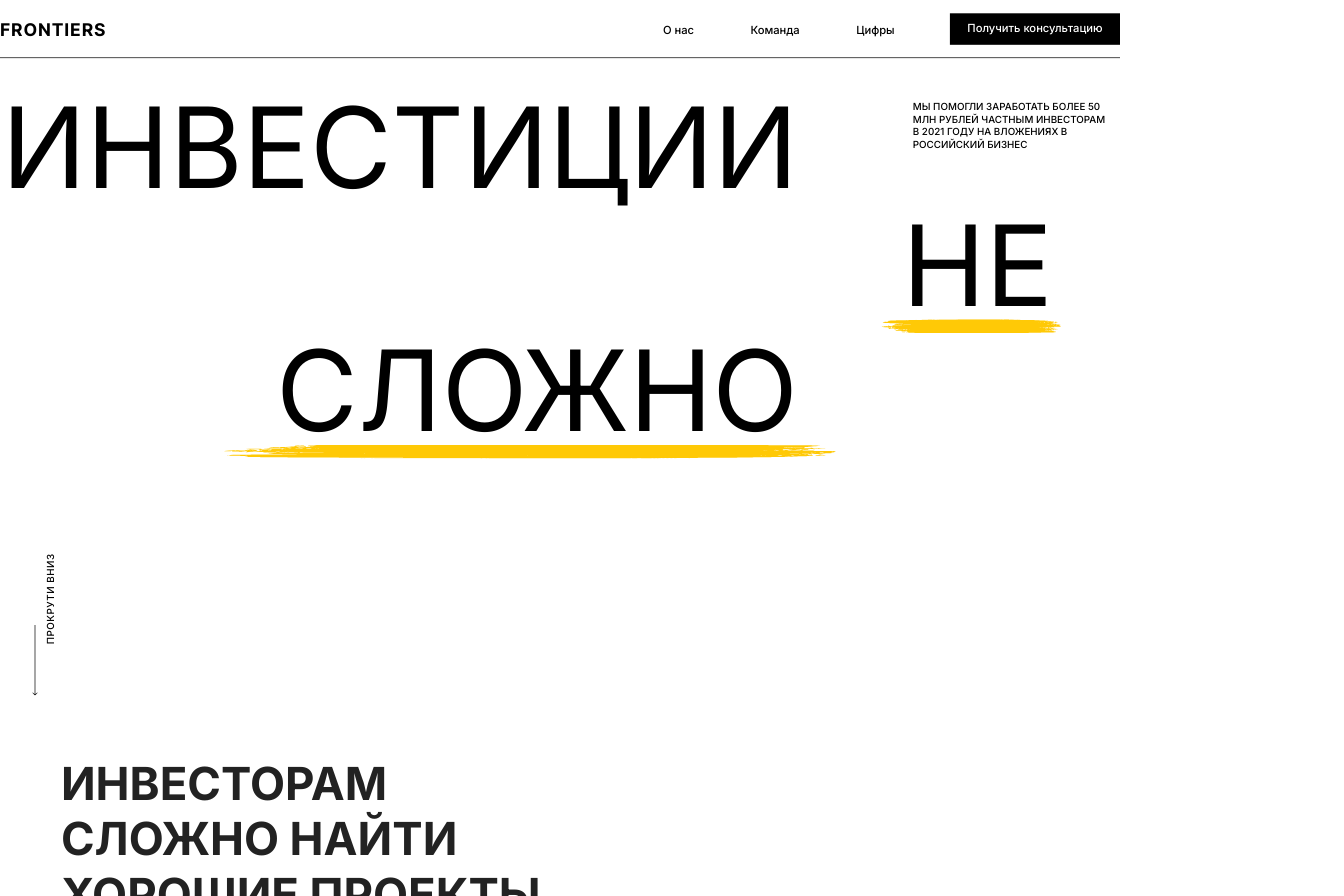
Repository: NadyaKorvin/frontiers
Page: /
These files come from the project's save history. The page is drawn as it stood at one moment and after the next save; the edit follows.
The browser window is 1280 px wide. The page is 1920 px wide, so the pictures cover 1920 px, including what lies to the right of the window. The pictures show the part of the page from y = 0 to 1280 px (the page is 2633 px tall), at 70% of full size.
The project was rebuilt for these pictures with package versions that can differ from the ones it lists, and the page was loaded fresh each time.

Above is the page before, as saved 2022-05-26 17:48:15.

### public/index.html
<!DOCTYPE html>
<html lang="en">
  <head>
    <meta charset="utf-8" />
    <link rel="icon" href="%PUBLIC_URL%/favicon.ico" />
    <meta name="viewport" content="width=device-width, initial-scale=1" />
    <meta name="theme-color" content="#000000" />
    <meta name="description" content="Web site created using create-react-app" />
    <link rel="apple-touch-icon" href="%PUBLIC_URL%/logo192.png" />
    <link rel="manifest" href="%PUBLIC_URL%/manifest.json" />
    <link rel="preconnect" href="https://fonts.googleapis.com" />
    <link rel="preconnect" href="https://fonts.gstatic.com" crossorigin />
    <link href="https://fonts.googleapis.com/css2?family=Inter:wght@300;400;500;700&display=swap" rel="stylesheet" />
    <title>FRONTIERS</title>
  </head>
  <body>
    <noscript>You need to enable JavaScript to run this app.</noscript>
    <div id="root"></div>
  </body>
</html>

### src/index.js
import React from "react"
import ReactDOM from "react-dom/client"

import App from "./App"

const root = ReactDOM.createRoot(document.getElementById("root"))
root.render(
  <React.StrictMode>
    <App />
  </React.StrictMode>
)

### src/App.js
import { useState } from "react";
import "./App.css";
import { SecondScreenAnimation } from "./components/secondScreen/SecondScreenAnimation";
import FirstScreen from "./components/firstScreen/FirstScreen";
import LastScreen from "./components/lastScreen/LastScreen";

function App() {
  const [mousePosition, setMousePosition] = useState("");

  const listenUpperMousePosition = (event) => {
    console.log(event);
    console.log(event.target);
    setMousePosition(event.target);
  };

  return (
    <>
      <FirstScreen />
      <div className="App">
        <SecondScreenAnimation listenMousePosition={listenUpperMousePosition} />
      </div>
      <LastScreen />
    </>
  );
}
export default App;

### src/App.css
@import url("./reset.css");
@import url("./components/secondScreen/SecondScreen.css");
@import url("./font/font.css");
@import url("./components/firstScreen/FirstScreen.css");
@import url("./components/lastScreen/LastScreen.css");
@import url("./components/button/Button.css");
@import url("./components/form/Form.css");

body {
  font-family: "Inter";
}

### src/components/secondScreen/SecondScreenAnimation.js
export function SecondScreenAnimation({ listenMousePosition, mousePosition }) {
  let goUp = ""
  const goUpBlackLines = (mousePosition) => {
    if (mousePosition === "animation__text_first_part") {
      goUp = "up"
      return goUp
    }
  }
  goUpBlackLines(mousePosition)
  console.log(goUp)
  return (
    <div className="animation__text_block">
      {goUp != "up" ? (
        <div>
          <div className="animation__text" onMouseOver={listenMousePosition}>
            <p className="animation__text_first_part">Инвесторам сложно найти хорошие проекты,</p>
            <p className="animation__text_second_part">а хорошим проектам — инвестиции.</p>
          </div>
          <div className="animation__black_lines">
            <div className="animation__1th_black_line"></div>
            <div className="animation__2th_black_line"></div>
            <div className="animation__3th_black_line"></div>
          </div>
        </div>
      ) : (
        <div>
          <div className="animation__text" onMouseOver={listenMousePosition}>
            <p className="animation__text_first_part" style={{ color: "#fff" }}>
              Инвесторам сложно найти хорошие проекты,
            </p>
            <p className="animation__text_second_part" style={{ color: "#000" }}>
              а хорошим проектам — инвестиции.
            </p>
          </div>
          <div className="animation__black_lines">
            <div className="animation__1th_black_line" style={{ width: "484px", marginTop: "-475px" }}></div>
            <div className="animation__2th_black_line" style={{ width: "586px" }}></div>
            <div className="animation__3th_black_line" style={{ width: "722px" }}></div>
          </div>
        </div>
      )}
    </div>
  )
}

### src/components/lastScreen/LastScreen.js
import React from "react";
import Form from "../form/Form"
import LogoKojo from "./LogoKojo"

export default function LastScreen() {
  return (
    <>
      <section className="lastscreen">
        <div className="lastscreen__wrapper">
          <div className="lastscreen__left_content">
            <p>
              ОТПРАВЬТЕ НАМ ЗАЯВКУ НА КОНСУЛЬТАЦИЮ И МЫ ПОДБЕРЕМ ДЛЯ ВАС
              НАИБОЛЕЕ ПОДХОДЯЩУЮ СТРАТЕГИЮ
            </p>
          </div>
          <div className="lastscreen__right_content">
            <div className="lastscreen__text_form">
              <p>ЗАПОЛНИТЕ ФОРМУ И МЫ С ВАМИ СВЯЖЕМСЯ В БЛИЖАЙШЕЕ ВРЕМЯ</p>
            </div>
            <Form />
          </div>
        </div>
        <footer className="lastscreen__footer">
          <div className="lastscreen__contact">
            <p>КОНТАКТЫ</p>
            <p>Санкт-Петербург, Невский пр-кт, 71 (5 этаж)</p>
            <p>+7 000 987 6543</p>
            <p><a href="mailto:info@frontiers.ru" >info@frontiers.ru</a></p>
          </div>
          <div className="lastscreen__design">
            <p>Дизайн и разработка</p>
            <LogoKojo />
          </div>
          <div className="lastscreen__frontiers">
            <p>FRONTIERS</p>
            <p>Политика конфиденциальности</p>
            <p>© 2022 Frontiers Group</p>
          </div>
        </footer>
      </section>
    </>
  );
}

### src/reset.css
html,
body,
div,
span,
applet,
object,
iframe,
h1,
h2,
h3,
h4,
h5,
h6,
p,
blockquote,
pre,
a,
abbr,
acronym,
address,
big,
cite,
code,
del,
dfn,
em,
img,
ins,
kbd,
q,
s,
samp,
small,
strike,
strong,
sub,
sup,
tt,
var,
b,
u,
i,
center,
dl,
dt,
dd,
ol,
ul,
li,
fieldset,
form,
label,
legend,
table,
caption,
tbody,
tfoot,
thead,
tr,
th,
td,
article,
aside,
canvas,
details,
embed,
figure,
figcaption,
footer,
header,
hgroup,
menu,
nav,
output,
ruby,
section,
summary,
time,
mark,
audio,
video {
  margin: 0;
  padding: 0;
  border: 0;
  font-size: 100%;
  font: inherit;
  vertical-align: baseline;
}

:focus {
  outline: 0;
}

article,
aside,
details,
figcaption,
figure,
footer,
header,
hgroup,
menu,
nav,
section {
  display: block;
}

body {
  line-height: 1;
}

ol,
ul {
  list-style: none;
}

blockquote,
q {
  quotes: none;
}

blockquote:before,
blockquote:after,
q:before,
q:after {
  content: "";
  content: none;
}

table {
  border-collapse: collapse;
  border-spacing: 0;
}

input[type="search"]::-webkit-search-cancel-button,
input[type="search"]::-webkit-search-decoration,
input[type="search"]::-webkit-search-results-button,
input[type="search"]::-webkit-search-results-decoration {
  -webkit-appearance: none;
  -moz-appearance: none;
}

input[type="search"] {
  -webkit-appearance: none;
  -moz-appearance: none;
  -webkit-box-sizing: content-box;
  -moz-box-sizing: content-box;
  box-sizing: content-box;
}

textarea {
  overflow: auto;
  vertical-align: top;
  resize: vertical;
}

[hidden] {
  display: none;
}

html {
  font-size: 100%; /* 1 */
  -webkit-text-size-adjust: 100%; /* 2 */
  -ms-text-size-adjust: 100%; /* 2 */
}

a:focus {
  outline: thin dotted;
}

a:active,
a:hover {
  outline: 0;
}

img {
  border: 0;
  -ms-interpolation-mode: bicubic;
}

figure {
  margin: 0;
}

form {
  margin: 0;
}

fieldset {
  border: 1px solid #c0c0c0;
  margin: 0 2px;
  padding: 0.35em 0.625em 0.75em;
}

legend {
  border: 0; /* 1 */
  padding: 0;
  white-space: normal; /* 2 */
  *margin-left: -7px; /* 3 */
}

button,
input,
select,
textarea {
  font-size: 100%; /* 1 */
  margin: 0; /* 2 */
  vertical-align: baseline; /* 3 */
  *vertical-align: middle; /* 3 */
}

button,
input {
  line-height: normal;
}

button,
select {
  text-transform: none;
}

button,
html input[type="button"], /* 1 */
input[type="reset"],
input[type="submit"] {
  -webkit-appearance: button; /* 2 */
  cursor: pointer; /* 3 */
  *overflow: visible; /* 4 */
}

button[disabled],
html input[disabled] {
  cursor: default;
}

input[type="checkbox"],
input[type="radio"] {
  box-sizing: border-box; /* 1 */
  padding: 0; /* 2 */
  *height: 13px; /* 3 */
  *width: 13px; /* 3 */
}

input[type="search"] {
  -webkit-appearance: textfield; /* 1 */
  -moz-box-sizing: content-box;
  -webkit-box-sizing: content-box; /* 2 */
  box-sizing: content-box;
}

input[type="search"]::-webkit-search-cancel-button,
input[type="search"]::-webkit-search-decoration {
  -webkit-appearance: none;
}

button::-moz-focus-inner,
input::-moz-focus-inner {
  border: 0;
  padding: 0;
}

textarea {
  overflow: auto; /* 1 */
  vertical-align: top; /* 2 */
}

table {
  border-collapse: collapse;
  border-spacing: 0;
}

html,
button,
input,
select,
textarea {
  color: #222;
}

::-moz-selection {
  background: #b3d4fc;
  text-shadow: none;
}

::selection {
  background: #b3d4fc;
  text-shadow: none;
}

img {
  vertical-align: middle;
}

fieldset {
  border: 0;
  margin: 0;
  padding: 0;
}

textarea {
  resize: vertical;
}

.chromeframe {
  margin: 0.2em 0;
  background: #ccc;
  color: #000;
  padding: 0.2em 0;
}

### src/components/secondScreen/SecondScreen.css
.second__screen {
  display: flex;
  justify-content: space-between;
  margin: 0 auto;
  margin-top: 174px;
  /* придкмать решение сделать по центру*/
  display: flex;
  width: 1600px;
  height: 733px;
}

.animation__text_block {
  display: block;
  margin-left: 87px;
}

.animation__text_first_part,
.animation__text_second_part {
  width: 770px;
  text-transform: uppercase;
  font-size: 65px;
  font-weight: 700;
  line-height: 79px;
  transition: 0.6s ease-out;
}

.animation__text_second_part {
  color: #fff;
}

.animation__black_lines {
  margin-left: -10px;
  margin-top: -236px;
}

.animation__1th_black_line {
  margin-bottom: 5px;
  height: 75px;
  width: 444px;
  background-color: #000;
  transition: 0.6s ease-out;
}

.animation__2th_black_line {
  margin-bottom: 5px;
  height: 75px;
  width: 475px;
  background-color: #000;
  transition: 0.6s ease-out;
}
.animation__3th_black_line {
  height: 75px;
  width: 502px;
  background-color: #000;
  transition: 0.6s ease-out;
}

.right__part {
  display: flex;
  margin-left: 190px;
  flex-direction: column;
}

.conversation__image {
  margin-right: 222px;
  display: block;
  width: 400px;
  height: 400px;
  background: url("../secondScreen/people.png");
}

.decoration_marks {
  margin-top: -110px;
  transform: rotate(-180deg);
  font-size: 200px;
  font-weight: 300;
}

.text_paragraph {
  margin-left: 90px;
  width: 431px;
  font-size: 18px;
  font-weight: 400;
  line-height: 23px;
  text-transform: uppercase;
  line-height: 130%;
}

### src/font/font.css
@font-face {
  font-family: "Inter";
  src:
    url("./Inter-Bold.ttf") format("truetype")
    url("./Inter-Bold.woff2") format("woff2"),
    url("./Inter-Bold.woff") format("woff");
  font-weight: 700;
  font-style: normal;
  font-stretch: normal;
  unicode-range: U+0020-E0D0;
}

@font-face {
  font-family: "Inter";
  src:
    url("./Inter-Regular.woff2") format("woff2"),
    url("./Inter-Regular.ttf") format("truetype")
    url("./Inter-Regular.woff") format("woff");
  font-weight: 400;
  font-style: normal;
  font-stretch: normal;
  unicode-range: U+0020-E0D0;
}

@font-face {
    font-family:'Inter Medium';
    src:
        url("./Inter-Medium.ttf") format("truetype")
        url('Inter-Medium.woff2') format('woff2'),
		url('Inter-Medium.woff') format('woff');
    font-weight: 500;
    font-style: normal;
    font-stretch: normal;
    unicode-range: U+0020-E0D0;
}

@font-face {
    font-family:'Inter Light';
    src:
        url("./Inter-Light.ttf") format("truetype")
        url('Inter-Light.woff2') format('woff2'),
		url('Inter-Light.woff') format('woff');
    font-weight: 300;
    font-style: normal;
    font-stretch: normal;
    unicode-range: U+0020-E0D0;
}

### src/components/firstScreen/FirstScreen.css
.firstscreen {
  height: 1080px;
}

.firstscreen__header {
  width: 1600px;
  height: 82px;
  margin: 0 auto;
  border-bottom: 1px solid #000000;
  display: flex;
  justify-content: space-between;
}

.firstscreen__logotype {
  width: 151px;
  height: 30px;
  padding-top: 27px;
  font-family: "Inter";
  font-style: normal;
  font-weight: 700;
  font-size: 25px;
  line-height: 30px;
  letter-spacing: 0.05em;
  color: #000000;
}

.firstscreen__menu {
  width: 653px;
  display: flex;
  justify-content: space-between;
}

.firstscreen__nav {
  margin-top: 33px;
  width: 331px;
}

.firstscreen__nav_team {
  display: flex;
  justify-content: space-between;
  font-family: "Inter";
  font-style: normal;
  font-weight: 500;
  font-size: 16px;
  line-height: 19px;
  color: #000000;
}

.firstscreen__button {
  margin-top: 19px;
  width: 243px;
  height: 45px;
  background: #000000;
}

.firstscreen__text_btn {
  padding-top: 12px;
  padding-bottom: 12px;
  font-family: "Inter";
  font-style: normal;
  font-weight: 500;
  font-size: 16px;
  line-height: 19px;
  text-align: center;
  color: #ffffff;
}

.firstscreen__content {
  margin: 0 auto;
  width: 1600px;
  margin-top: 30px;
  display: flex;
}

.firstscreen__content_left_text {
  width: 1140px;
  height: 542px;
  display: flex;
  flex-direction: column;
  justify-content: space-between;
  text-align: end;
  font-family: "Inter";
  font-style: normal;
  font-weight: 400;
  font-size: 160px;
  line-height: 194px;
  text-transform: uppercase;
  color: #000000;
}

.firstscreen__content_vector_complex {
  margin-top: -20px;
  margin-left: 320px;
  width: 874px;
  height: 20px;
  background: url("./complex.svg");
}

.firstscreen__content_rihgt_text {
  margin-top: 30px;
  margin-left: 164px;
  width: 279px;
  height: 332px;
}

.firstscreen__content_rihgt_text_up {
  font-family: "Inter";
  font-style: normal;
  font-weight: 500;
  font-size: 14px;
  line-height: 130%;
  text-transform: uppercase;
  color: #000000;
}

.firstscreen__content_rihgt_text_down {
  margin-top: 66px;
  margin-left: -15px;
  width: 215px;
  height: 194px;
  font-family: "Inter";
  font-style: normal;
  font-weight: 400;
  font-size: 160px;
  line-height: 194px;
  text-transform: uppercase;
  color: #000000;
}

.firstscreen__content_vector_not {
  margin-top: -20px;
  margin-left: -30px;
  width: 256px;
  height: 20px;
  background: url(./not.svg);
}

.firstscreen__content_bottom_content {
  margin: 0 auto;
  margin-top: 60px;
  width: 1600px;
  display: flex;
  justify-content: space-between;
}

.firstscreen__content_bottom_content_left {
  display: flex;
}

.firstscreen__content_bottom_content_left_scrolldown {
  margin-left: 139px;
  font-family: "Inter";
  font-style: normal;
  font-weight: 500;
  font-size: 14px;
  line-height: 17px;
  letter-spacing: 0.05em;
  color: #000000;
  transform: rotate(-90deg);
}

.firstscreen__content_pointer {
  margin-top: 178px;
  margin-left: -223px;
}

.firstscreen__content_bottom_content_right {
  max-width: 1352px;
  max-height: 366px;
}

.firstscreen__img {
  max-width: 1352px;
  max-height: 366px;
  background: url(./image.webp);
}

### src/components/lastScreen/LastScreen.css
.lastscreen {
  width: 1920px;
  height: 1080px;
}

.lastscreen__wrapper {
  position: relative;
  top: 109px;
  left: 170px;
  display: flex;
  justify-content: space-between;
  width: 1590px;
  height: 553px;
}

.lastscreen__left_content {
  position: relative;
  width: 775px;
  height: 553px;
  box-sizing: border-box;
  font-family: "Inter";
  font-style: normal;
  font-weight: 700;
  font-size: 65px;
  line-height: 79px;
  text-transform: uppercase;
  color: #000000;
}

.lastscreen__right_content {
  position: relative;
  width: 529px;
  height: 553px;
}

.lastscreen__text_form {
  width: 529px;
  height: 46px;
  left: 1231px;
  top: 4438px;
  font-family: "Inter";
  font-style: normal;
  font-weight: 400;
  font-size: 18px;
  line-height: 130%;
  text-transform: uppercase;
  color: #000000;
}

.lastscreen__footer {
  position: relative;
  margin: 308px 160px 0;
  width: 1600px;
  border-top: 1px solid #000000;
  bottom: 0px;
  display: flex;
  justify-content: space-between;
}

.lastscreen__contact {
  width: 357px;
}

.lastscreen__contact > p:nth-child(1) {
  padding: 33px 0 20px;
  font-family: "Inter";
  font-style: normal;
  font-weight: 700;
  font-size: 25px;
  line-height: 30px;
  color: #000000;
}

.contact > p:nth-child(2),
.contact > p:nth-child(3),
.contact > p:nth-child(4) {
  padding-bottom: 15px;
}

.design {
  padding-top: 150px;
  width: 260px;
  display: flex;
  margin-left: -80px;
  justify-content: space-between;
}

.frontiers {
  width: 250px;
  text-align: end;
}

.lastscreen__frontiers > p:nth-child(1) {
    padding: 30px 0 57px;
    font-family: "Inter";
    font-style: normal;
    font-weight: 700;
    font-size: 25px;
    line-height: 30px;
    color: #000000;
  }

.lastscreen__frontiers > p:nth-child(2),
.lastscreen__frontiers > p:nth-child(3) {
    padding-bottom: 15px;
}

a {
    text-decoration: none;
    color: #000000;
}

### src/components/button/Button.css
.form__button {
  position: relative;
  display: block;
  width: 243px;
  height: 55px;
  font-family: "Inter";
  font-size: 16px;
  background-color: #000000;
  border: 0;
  text-align: center;
  cursor: pointer;
  font-family: "Inter";
  font-style: normal;
  font-weight: 500;
  font-size: 16px;
  line-height: 19px;
  color: #ffffff;
}

### src/components/form/Form.css
.form {
  margin-top: 60px;
  width: 529px;
  height: 355px;
  border-top: 1px solid #d1d1d1;
}

.form__input,
.form__textarea {
  width: 529px;
  height: 80px;
  border: 0;
  outline: none;
  font-size: 18px;
  color: #000000;
  text-transform: uppercase;
}

.form__textarea {
  height: 80px;
  line-height: 80px;
  overflow: hidden;
  /* resize: none; */
}

.form__borders {
  border-bottom: 1px solid #d1d1d1;
}

.form__consent {
  display: -webkit-box;
  display: -ms-flexbox;
  display: flex;
  margin: 30px 0 0;
}

.form__policy_text {
  margin-top: 15px;
  margin-left: 15px;
  width: 250px;
  height: 40px;
  box-sizing: border-box;
  font-family: "Inter";
  font-style: normal;
  font-weight: 400;
  font-size: 13px;
  line-height: 150%;
  color: #787878;
}

.form__checkbox {
  opacity: 0;
  width: 0;
}

.form__checkfake {
  margin: 15px 0;
  display: block;
  width: 15px;
  height: 15px;
  border: 1px solid #1f1f1f;
  cursor: pointer;
}

.form__checkfake::before {
  content: "";
  position: absolute;
  display: block;
  width: 14px;
  height: 14px;
  background: url("./checkmark.svg");
  opacity: 0;
}

.form__checkbox:checked + .form__checkfake::before {
  opacity: 1;
}

.form__focus {
  text-transform: uppercase;
  color: #ff0000;
  margin-bottom: 10px;
  font-size: 13px;
}

.form__focus_consent {
  position: relative;
  top: 10px;
  text-transform: uppercase;
  color: #ff0000;
  font-size: 13px;
}

.form__btn {
    margin-top: 14px;
  position: relative;
  overflow: hidden;
}

### src/components/button/Button.js
import React from "react";

export default function Button({ title }) {
  return (
    <>
      <button className="form__button" >
        {title}
      </button>
    </>
  );
}

Loaded but not shown: src/components/lastScreen/LogoKojo.js (76 lines, source omitted); src/components/form/Form.js (142 lines, source omitted); src/components/firstScreen/FirstScreen.js (73 lines, source omitted)

After the next save:
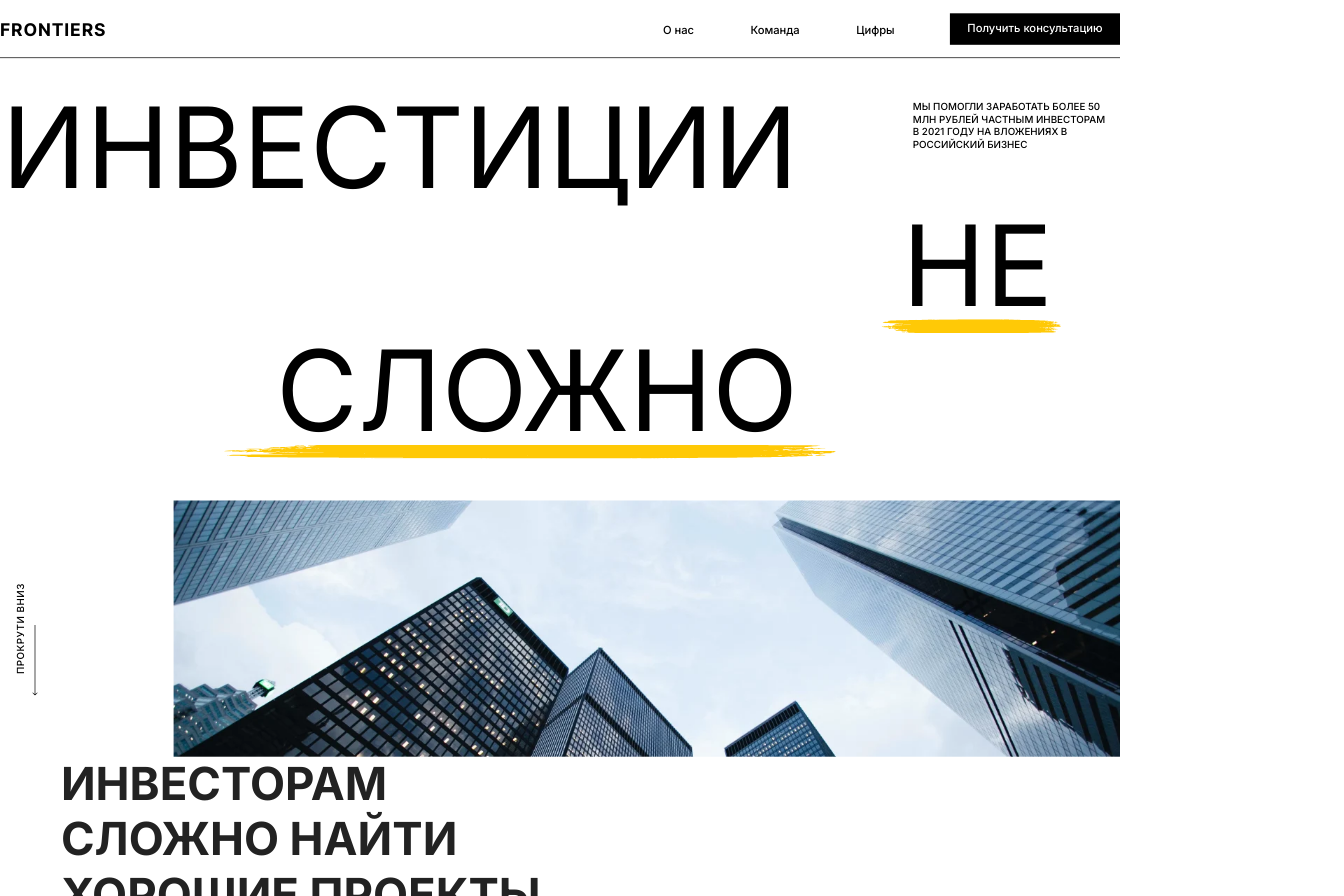
Saved 5 s later.
--- a/src/components/firstScreen/FirstScreen.css
+++ b/src/components/firstScreen/FirstScreen.css
@@ -170,7 +170,7 @@
 }
 
 .firstscreen__img {
-  max-width: 1352px;
-  max-height: 366px;
+  width: 1352px;
+  height: 366px;
   background: url(./image.webp);
 }

After the save that followed:
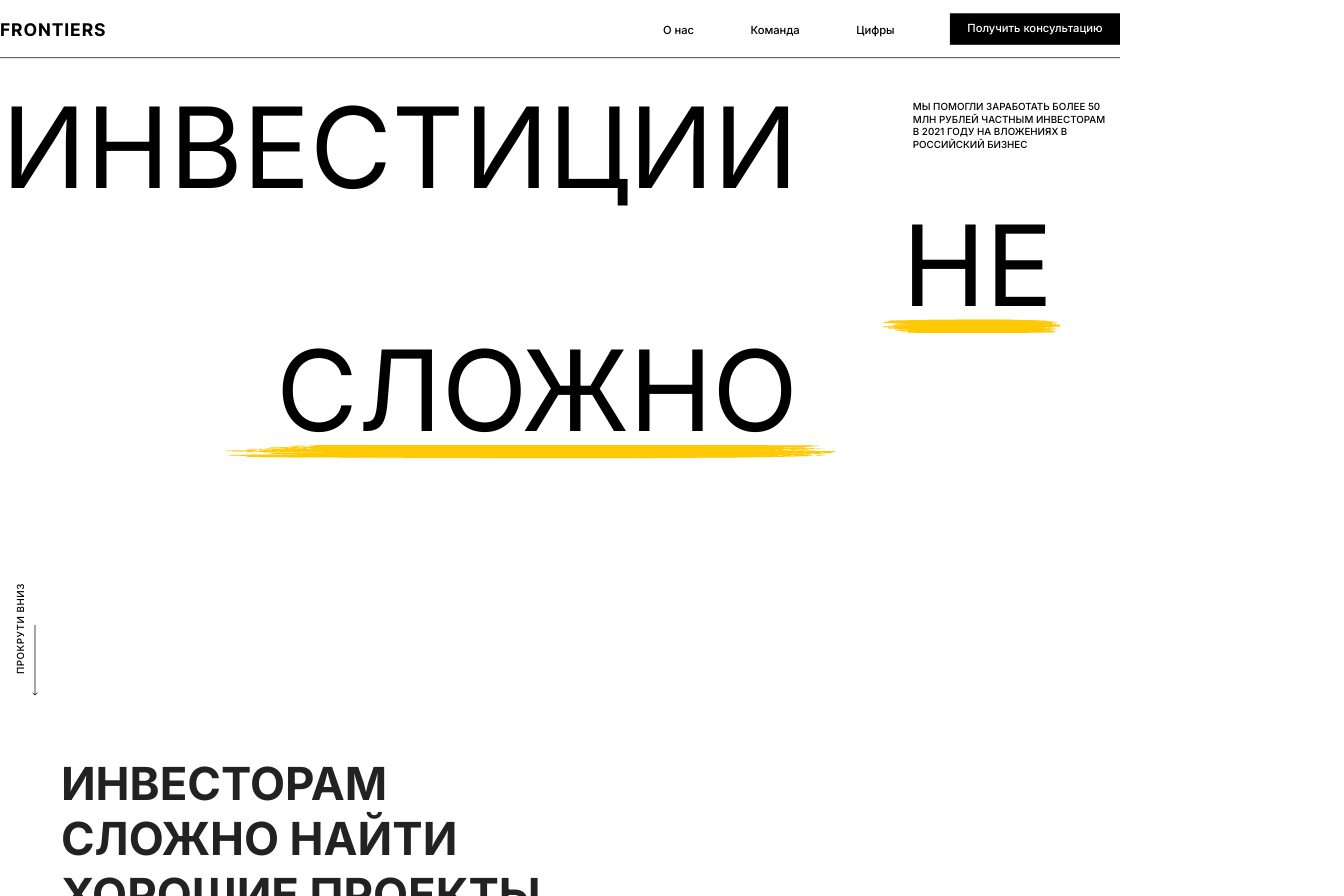
Saved 10 s later.
--- a/src/components/firstScreen/FirstScreen.css
+++ b/src/components/firstScreen/FirstScreen.css
@@ -170,6 +170,7 @@
 }
 
 .firstscreen__img {
+  left:
   width: 1352px;
   height: 366px;
   background: url(./image.webp);
